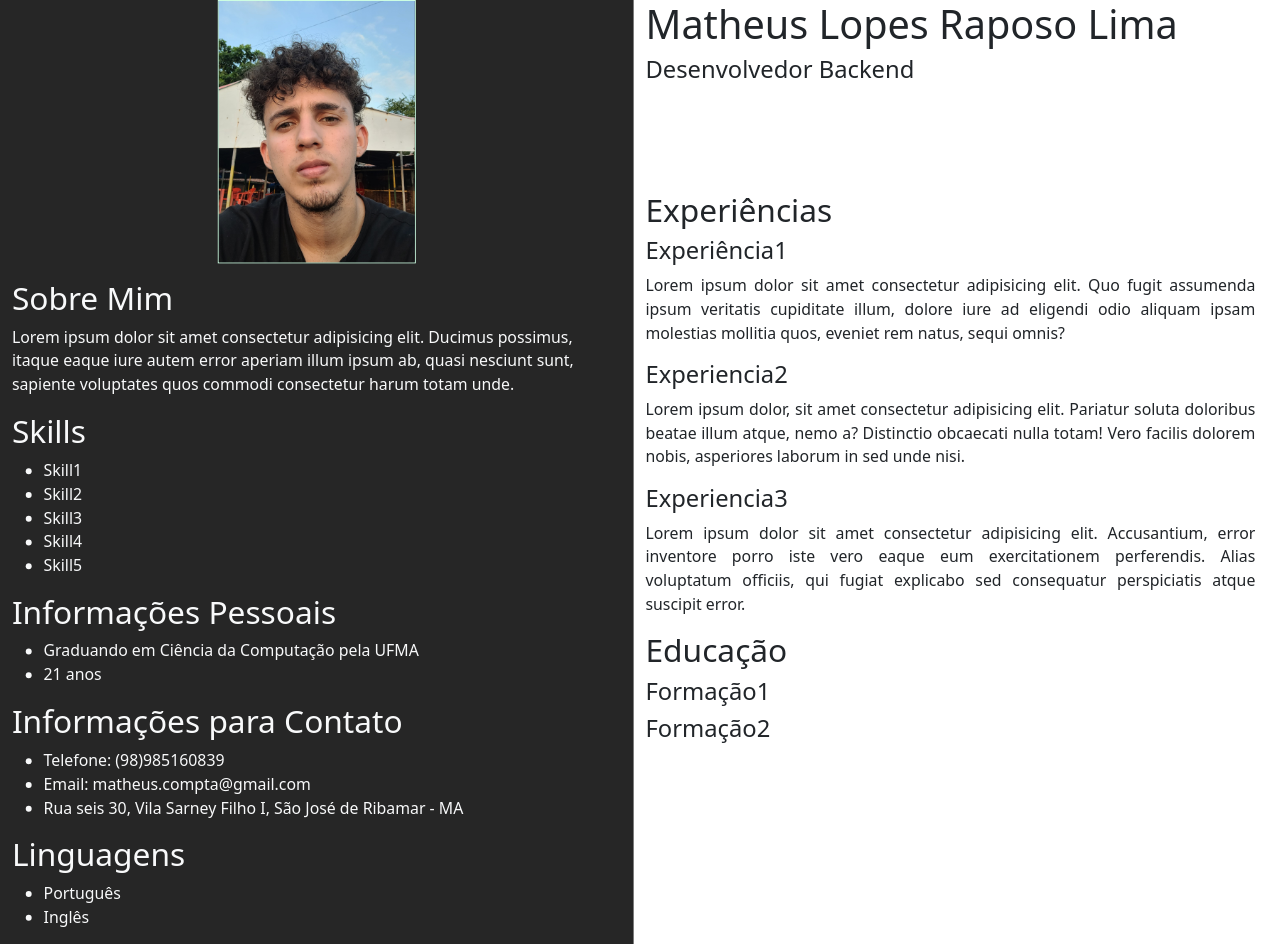
Repository: MaatheusRaposo/Curriculo_Web
Page: index.html
These files come from the project's save history. The page is drawn as it stood at one moment and after the next save; the edit follows.
The browser window is 1280 px wide. The page is 1280 px wide, then 1284 px, so the pictures cover 1284 px, including what lies to the right of the window. The pictures show the whole page, at 99% of full size.

Above is the page before, as saved 2026-05-28 00:25:04.

### index.html
<!DOCTYPE html>
<html lang="en">
<head>
    <meta charset="UTF-8">
    <meta name="viewport" content="width=device-width, initial-scale=1.0">
    <title>Curriculo Matheus Raposo</title>
    <link href="https://cdn.jsdelivr.net/npm/bootstrap@5.3.8/dist/css/bootstrap.min.css" rel="stylesheet" integrity="sha384-sRIl4kxILFvY47J16cr9ZwB07vP4J8+LH7qKQnuqkuIAvNWLzeN8tE5YBujZqJLB" crossorigin="anonymous">
    <link rel="stylesheet" href="assets/css/style.css">
</head>
<body>
    <div class="container-fluid">
        <div class="row align-items-stretch min-vh-100">
            <div class="col text-light d-flex flex-column" id="coluna-esquerda">
                <div class="d-flex justify-content-center align-items-center">
                    <img class="foto-perfil position-relative mb-3" src="assets/images/20230725_175129.jpg" alt="">
                </div>
                <section>
                    <h2>Sobre Mim</h2>
                    <p>Lorem ipsum dolor sit amet consectetur adipisicing elit. Ducimus possimus, itaque eaque iure autem error aperiam illum ipsum ab, quasi nesciunt sunt, sapiente voluptates quos commodi consectetur harum totam unde.</p>
                </section>
                <section>
                    <h2>Skills</h2>
                    <ul>
                        <li>Skill1</li>
                        <li>Skill2</li>
                        <li>Skill3</li>
                        <li>Skill4</li>
                        <li>Skill5</li>
                    </ul>
                </section>
                <section>
                    <h2>Informações Pessoais</h2>
                    <ul>
                        <li>Graduando em Ciência da Computação pela UFMA</li>
                        <li>21 anos</li>
                    </ul>
                </section>
                <section>
                    <h2>Informações para Contato</h2>
                    <ul>
                        <li>Telefone: (98)985160839</li>
                        <li>Email: matheus.compta@gmail.com</li>
                        <li>Rua seis 30, Vila Sarney Filho I, São José de Ribamar - MA</li>
                    </ul>
                </section>
                <section>
                    <h2>Linguagens</h2>
                    <ul>
                        <li>Português</li>
                        <li>Inglês</li>
                    </ul>
                </section>
            </div>
            <div class="col d-flex flex-column" id="coluna-direita">
                <section>
                    <h1>Matheus Lopes Raposo Lima</h1>
                    <h4>Desenvolvedor Backend</h4>
                </section>
                <div class="d-flex justify-content-center flex-column mt-3 espacamento-classes">
                    <section>
                        <h2>Experiências</h2>
                        <section>
                            <h4>Experiência1</h4>
                            <p>Lorem ipsum dolor sit amet consectetur adipisicing elit. Quo fugit assumenda ipsum veritatis cupiditate illum, dolore iure ad eligendi odio aliquam ipsam molestias mollitia quos, eveniet rem natus, sequi omnis?</p>
                        </section>
                        <section>
                            <h4>Experiencia2</h4>
                            <p>Lorem ipsum dolor, sit amet consectetur adipisicing elit. Pariatur soluta doloribus beatae illum atque, nemo a? Distinctio obcaecati nulla totam! Vero facilis dolorem nobis, asperiores laborum in sed unde nisi.</p>
                        </section>
                        <section>
                            <h4>Experiencia3</h4>
                            <p>Lorem ipsum dolor sit amet consectetur adipisicing elit. Accusantium, error inventore porro iste vero eaque eum exercitationem perferendis. Alias voluptatum officiis, qui fugiat explicabo sed consequatur perspiciatis atque suscipit error.</p>
                        </section>
                    </section>
                    <section>
                        <h2>Educação</h2>
                        <section>
                            <h4>Formação1</h4>
                        </section>
                        <section>
                            <h4>Formação2</h4>
                        </section>
                    </section>
                </div>
            </div>
        </div>
    </div>

    <script src="https://cdn.jsdelivr.net/npm/bootstrap@5.3.8/dist/js/bootstrap.bundle.min.js" integrity="sha384-FKyoEForCGlyvwx9Hj09JcYn3nv7wiPVlz7YYwJrWVcXK/BmnVDxM+D2scQbITxI" crossorigin="anonymous"></script>
    <script src="app.js"></script>
    <noscript>Voce precisa tivar o JavaScript para ver o curriculo perfeitamente</noscript>
</body>
</html>

### assets/css/style.css
.foto-perfil {
    max-width: 200px;
    border: 1px solid #CEFFE4;
}

#coluna-esquerda {
    background-color: #262626;
}

@media screen and (min-width: 768px) {
    .espacamento-classes {
        margin-top: 100px !important;
    }
}

.espacamento-classes {
    text-align: justify;
}

Loaded but not shown: app.js (no stored copy; drawn as an empty file)

After the next save:
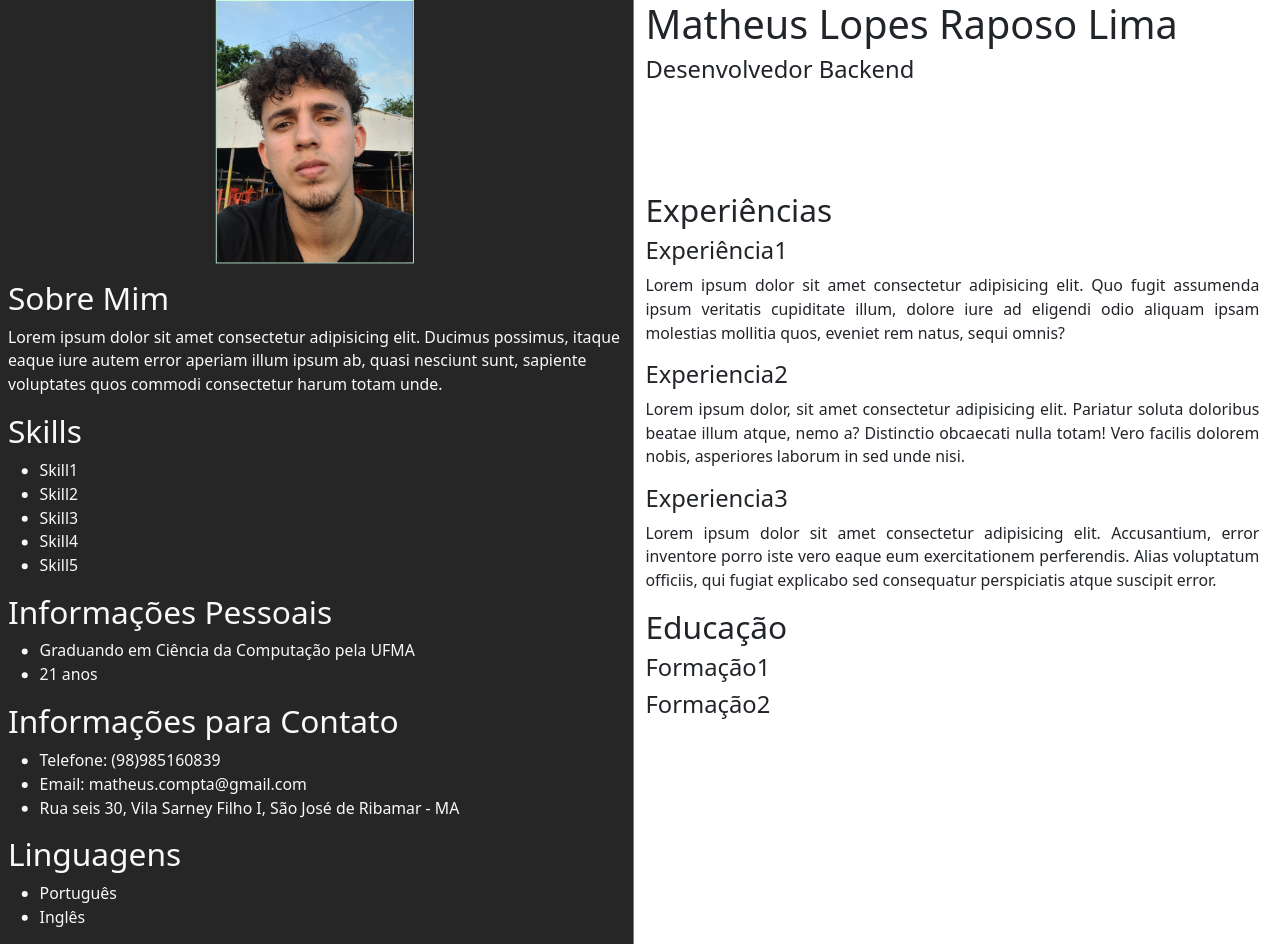
Saved 2 min 20 s later.
--- a/index.html
+++ b/index.html
@@ -8,7 +8,7 @@
     <link rel="stylesheet" href="assets/css/style.css">
 </head>
 <body>
-    <div class="container-fluid">
+    <div class="container-fluid px-2">
         <div class="row align-items-stretch min-vh-100">
             <div class="col text-light d-flex flex-column" id="coluna-esquerda">
                 <div class="d-flex justify-content-center align-items-center">
